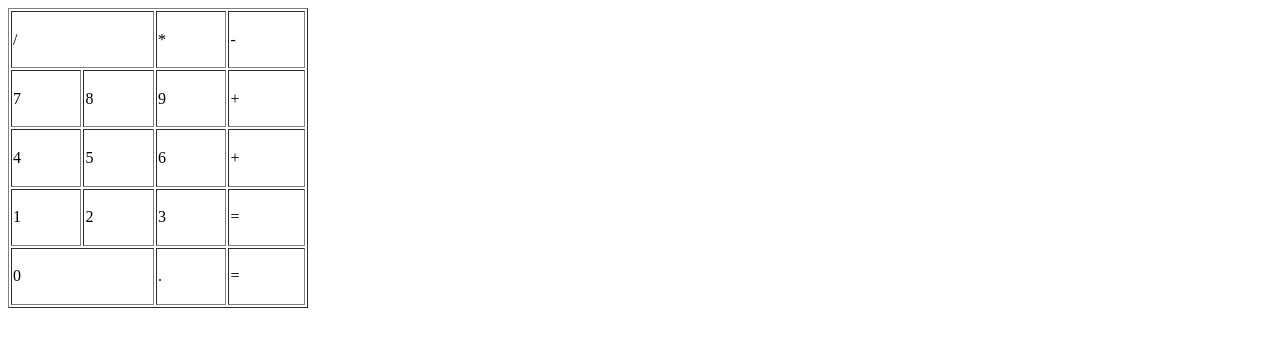
Repository: BaekJiGyeong/JSP
Page: http://localhost/AB_WebCalc/
These files come from the project's save history. The page is drawn as it stood at one moment and after the next save; the edit follows.
The browser window is 1280 px wide. The pictures show the whole page.
The page is served by Tomcat 9.

Above is the page before, as saved 2016-02-02 02:01:16.

After the next save:
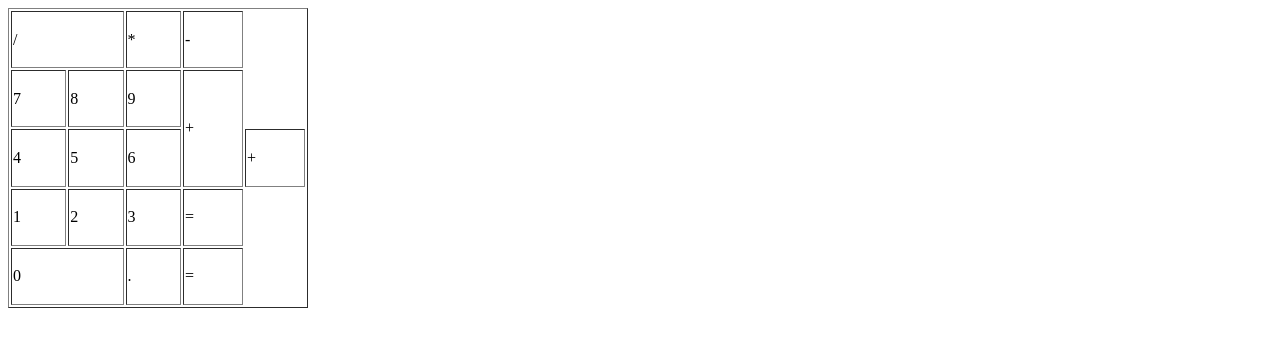
Saved 2 min 49 s later.
--- a/AB_WebCalc/WebContent/index.jsp
+++ b/AB_WebCalc/WebContent/index.jsp
@@ -17,7 +17,7 @@
 			<td>7</td>
 			<td>8</td>
 			<td>9</td>
-			<td>+</td>
+			<td rowspan="2">+</td>
 		</tr>
 		<tr>
 			<td>4</td>

After the save that followed:
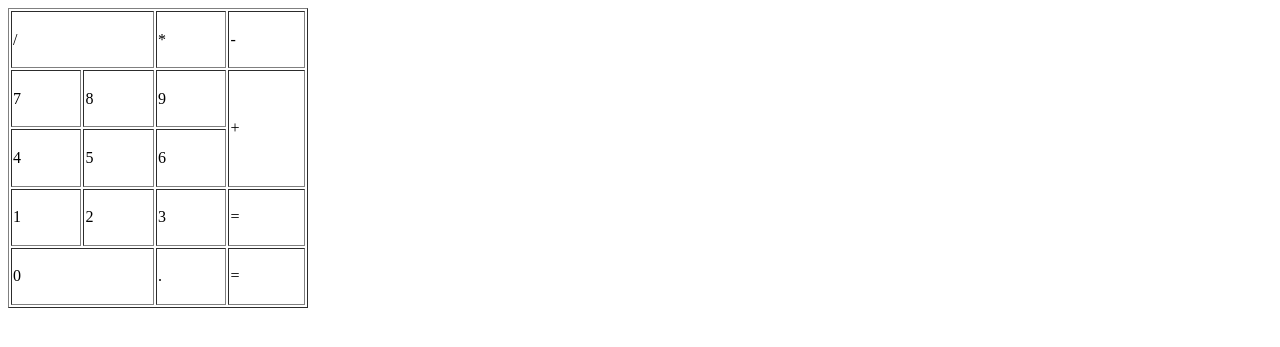
Saved 20 s later.
--- a/AB_WebCalc/WebContent/index.jsp
+++ b/AB_WebCalc/WebContent/index.jsp
@@ -23,7 +23,6 @@
 			<td>4</td>
 			<td>5</td>
 			<td>6</td>
-			<td>+</td>
 		</tr>
 		<tr>
 			<td>1</td>
